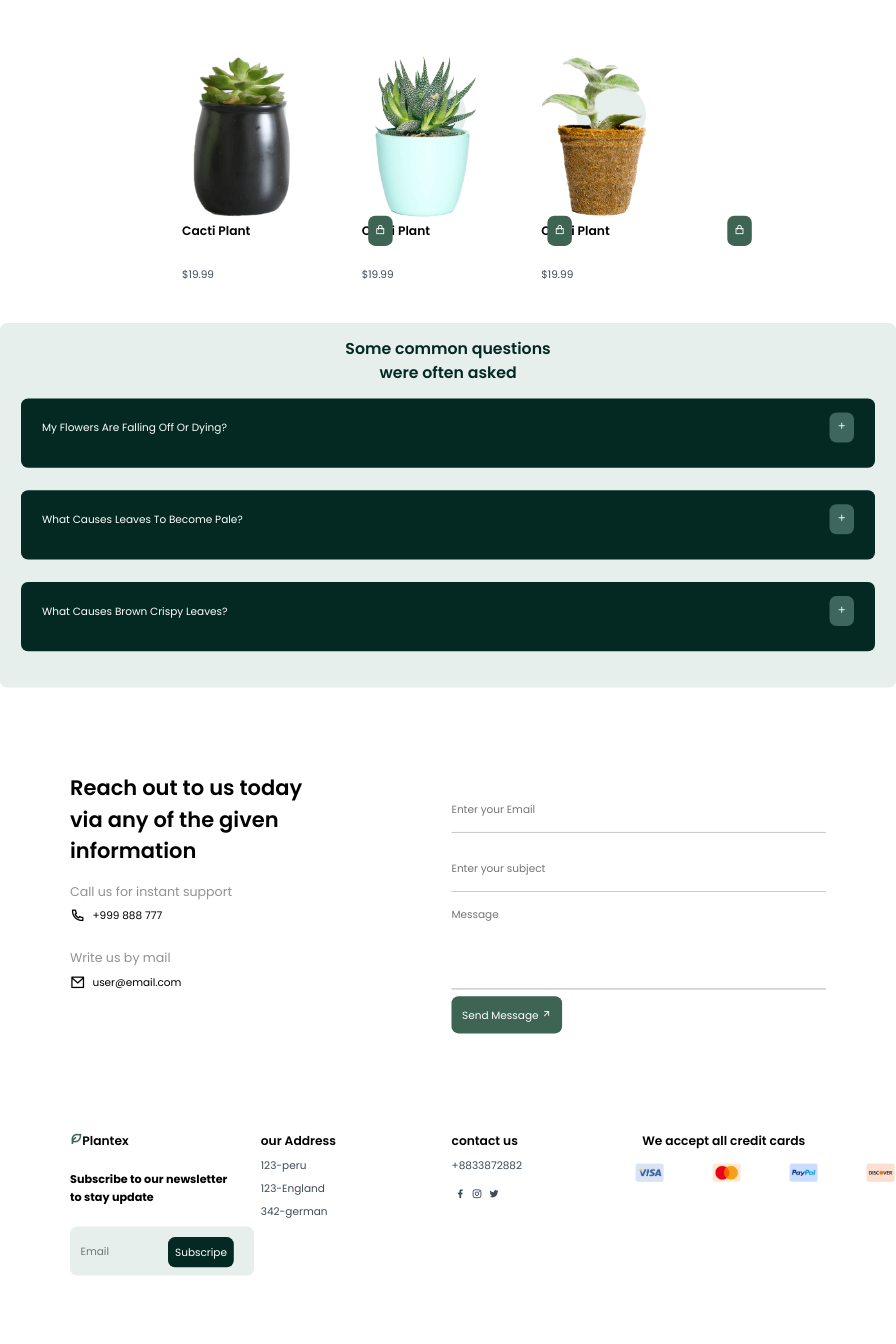
Repository: OmniaRafat232111121/plantwebsite
Page: index.html
The author's editor kept a copy of each file at every save. The page is drawn from the files as they stood at one save, then again after the next save.
The browser window is 1280 px wide. The pictures show the part of the page from y = 2356 to 4276 px (the page is 4276 px tall), at 70% of full size.

Above is the page before, as saved 2023-01-05 17:14:19.

After the next save:
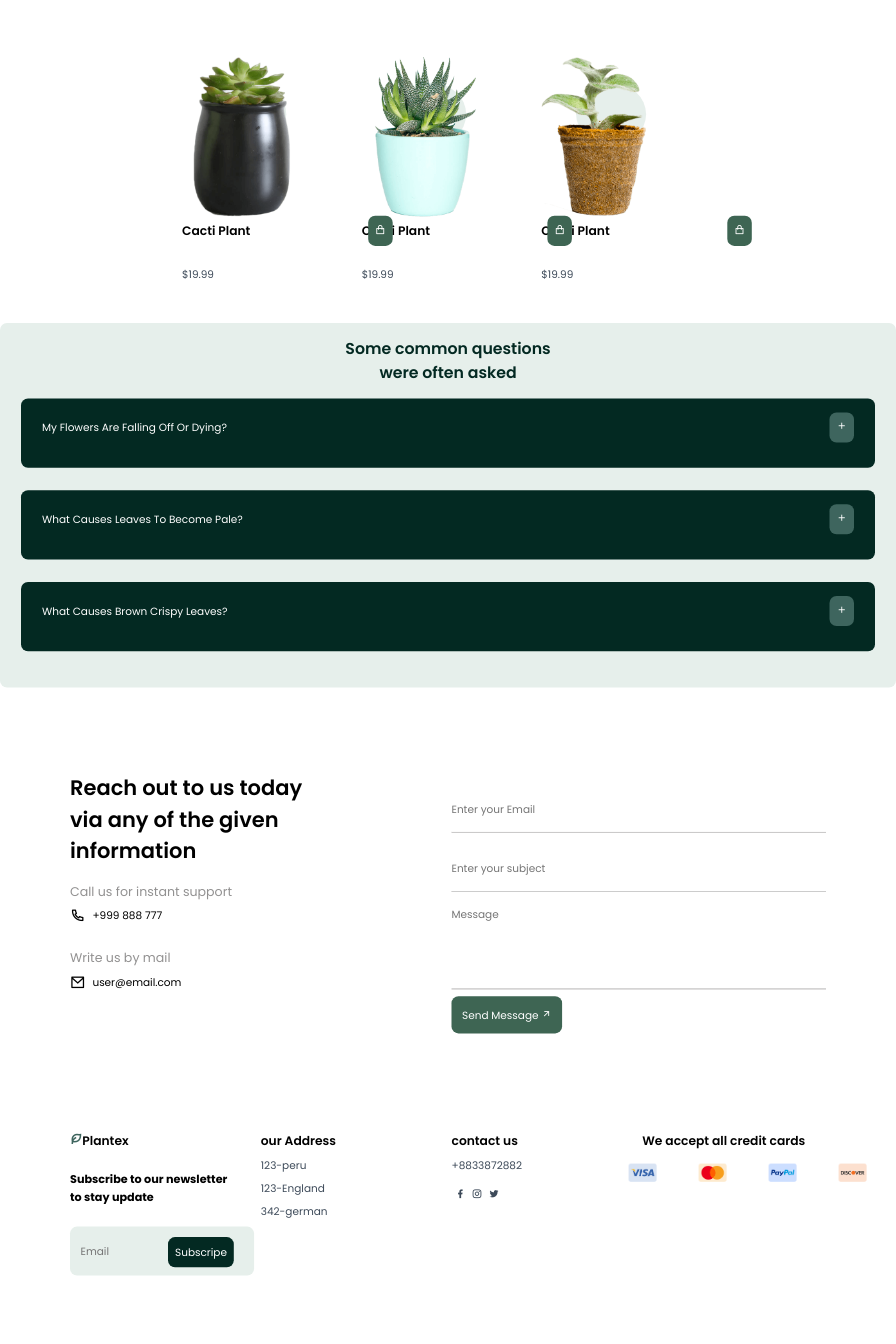
Saved 8 s later.
--- a/assets/css/styles.css
+++ b/assets/css/styles.css
@@ -776,7 +776,7 @@ margin-top: 40px;
   display: block;
 }
 .box-images img{
-  margin-left: -10px;
+  margin-left: -20px;
   width: 40px;
   max-width: 100%;
 
